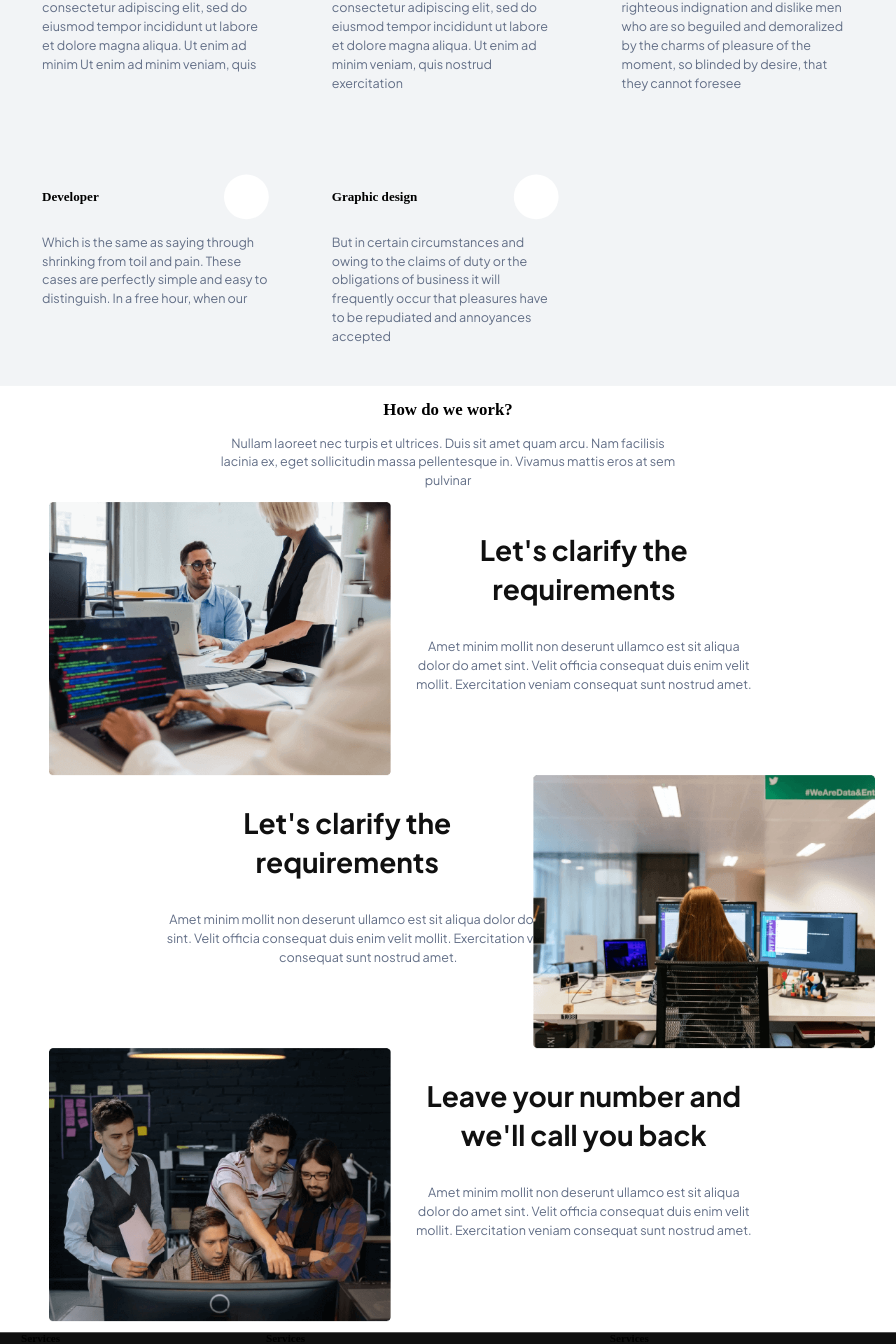
Repository: UlugbekAbdurasulov/pixar
Page: index.html
These files come from the project's save history. The page is drawn as it stood at one moment and after the next save; the edit follows.
The browser window is 1280 px wide. The pictures show the part of the page from y = 905 to 2825 px (the page is 3118 px tall before and 3158 px after), at 70% of full size.

Above is the page before, as saved 2023-06-05 04:30:11.

After the next save:
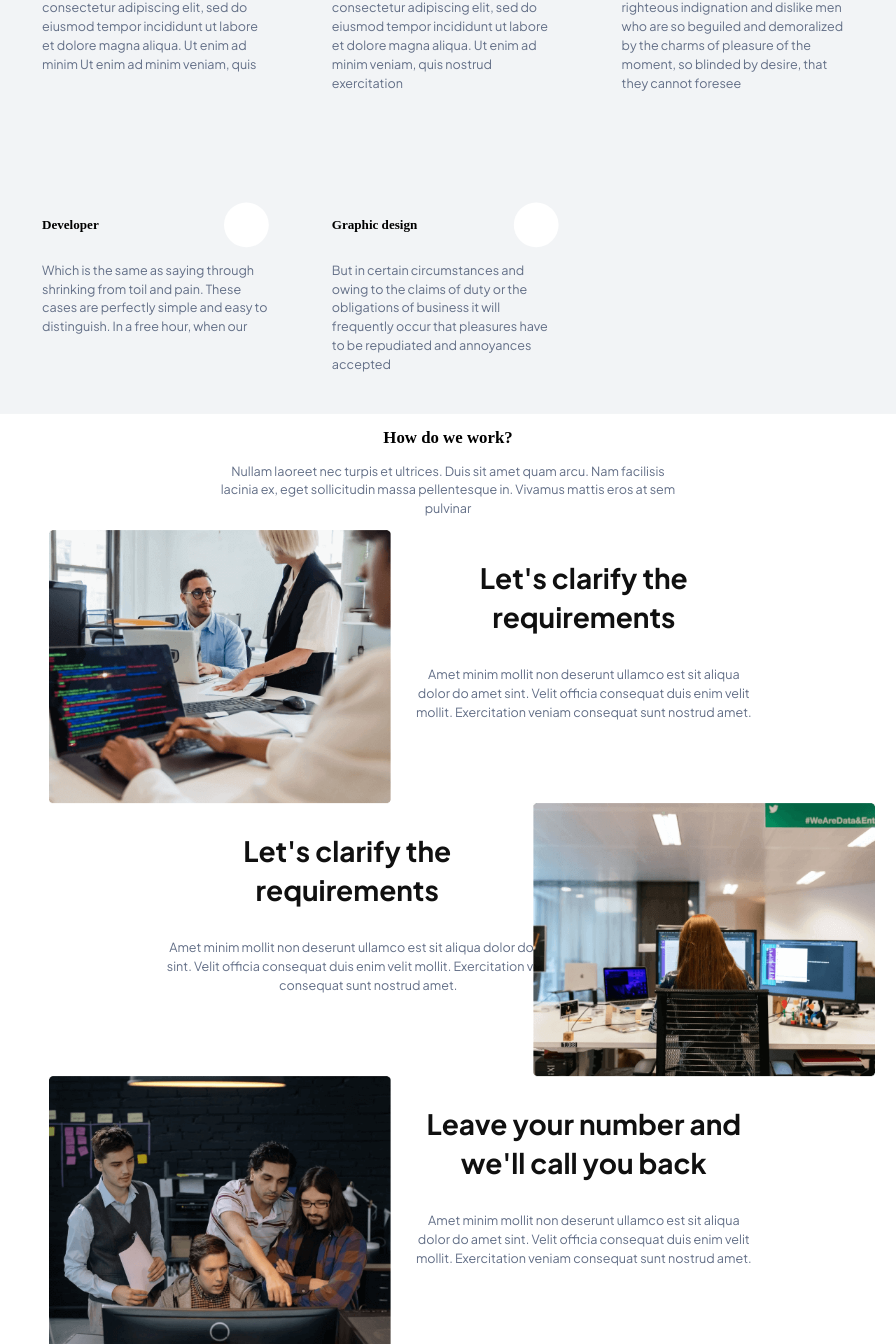
Saved 16 s later.
--- a/css/main.css
+++ b/css/main.css
@@ -268,7 +268,7 @@ flex-grow: 0;
   display: flex;
   flex-wrap: wrap;
   align-self: flex-start;
-  row-gap: 30px;
+  row-gap: 70px;
   column-gap:30px
 
 }
